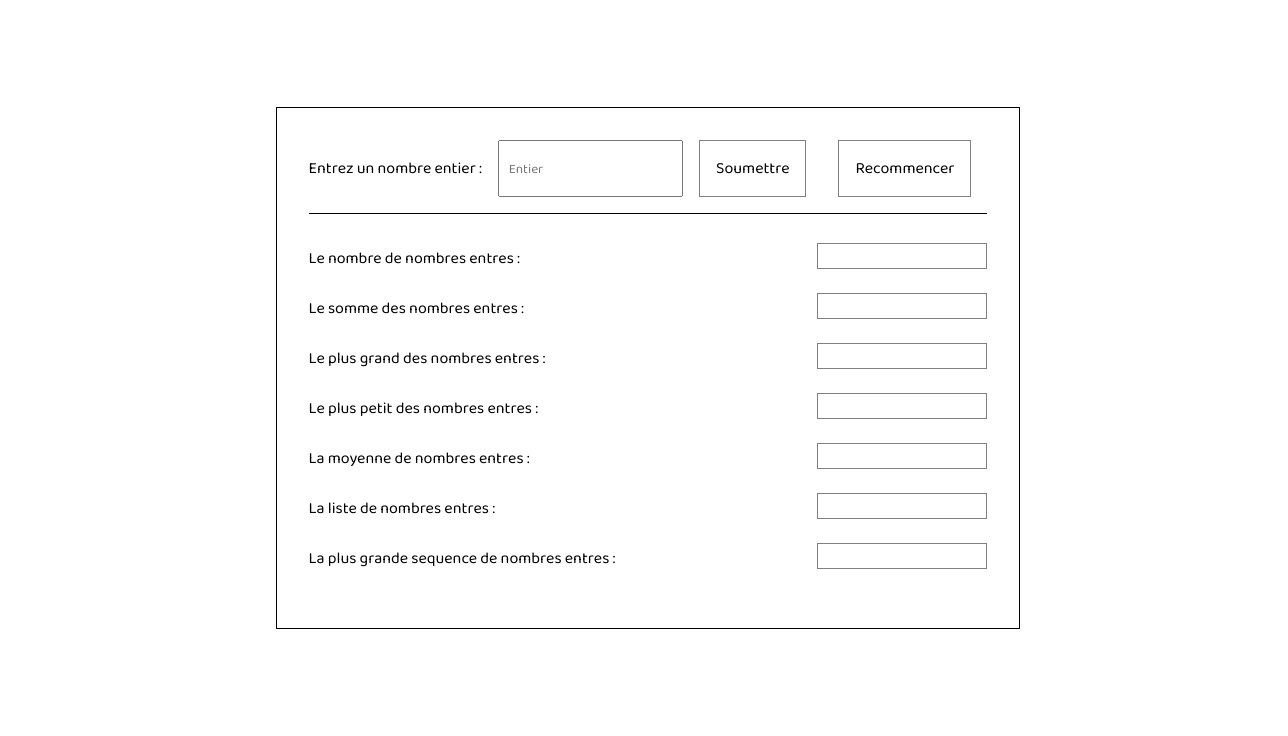
Repository: Thomas088/asbl-proforma
Page: exercices/js/ex-01/index.html
These files come from the project's save history. The page is drawn as it stood at one moment and after the next save; the edit follows.
The browser window is 1280 px wide. The page is 1288 px wide, so the pictures cover 1288 px, including what lies to the right of the window. The pictures show the whole page.

Above is the page before, as saved 2020-03-20 03:01:57.

### exercices/js/ex-01/index.html
<!DOCTYPE html>
<html lang="en">
<head>
    <meta charset="UTF-8">
    <meta name="viewport" content="width=device-width, initial-scale=1.0">
    <link rel="stylesheet" href="./style.css">
    <link href="https://fonts.googleapis.com/css?family=Baloo+2&display=swap" rel="stylesheet">
    <title>Numbers</title>
</head>
<body>

    <div class="tableau">
        <div class="entry-user">
            <p>Entrez un nombre entier :</p>
            <input type="text" name="entry" class="user-input" placeholder="Entier">
            <div class="submit-number">Soumettre</div>
            <div class="restart">Recommencer</div>
        </div>

        <div class="entries">
            <div class="total-entries">
                <span>Le nombre de nombres entres : </span>
                <div class="result total-entries-result"></div>
            </div>

            <div class="sum-entries">
                <span>Le somme des nombres entres : </span>
                <div class="result sum-entries-result"></div>
            </div>

            <div class="max-entries">
                <span>Le plus grand des nombres entres : </span>
                <div class="result max-entries-result"></div>
            </div>

            <div class="min-entries">
                <span>Le plus petit des nombres entres : </span>
                <div class="result min-entries-result"></div>
            </div>

            <div class="average-entries">
                <span>La moyenne de nombres entres : </span>
                <div class="result average-entries-result"></div>
            </div>

            <div class="list-of-entries">
                <span>La liste de nombres entres : </span>
                <div class="result list-of-entries-result"></div>
            </div>

            <div class="sequence-entries">
                <span>La plus grande sequence de nombres entres : </span>
                <div class="result sequence-entries-result"></div>
            </div>
        </div>
    </div>

    <script src="./index.js"></script>
</body>
</html>

### exercices/js/ex-01/style.css
body {
    width: 100vw;
    height: 100vh;
    display: flex;
    justify-content: center;
    align-items: center;
    font-family: 'Baloo 2', cursive;
}

.tableau {
    border: 1px solid #000;
    padding: 2em;
}

.entry-user {
    display: flex;
    padding-bottom: 1em;
    margin-bottom: 2em;;
    border-bottom: 1px solid #000;
}

.entry-user p {
    padding-right: 1em;
}

.user-entry {
    outline: none;
    appearance: none;
    -webkit-appearance: none;
    margin: 0;
}

.submit-number, .restart {
    display: flex;
    justify-content: center;
    align-items: center;
    border: 1px solid gray;
    margin: 0 1em;
    padding: 0 1em;
    cursor: pointer;
}

.result {
    width: 10em;
    height: 1.5em;
    display: flex;
    padding-left: 0.5rem;
    justify-content: center;
    align-items: center;
    position: relative;
    bottom: 0.7rem;
    border: 1px solid gray;
}

.entries div {
    display: flex;
    justify-content: space-between;
    margin: 0.5rem 0;
}

::placeholder {
    padding-left: 0.5em;
    font-family: 'Baloo 2', cursive;
}

### exercices/js/ex-01/index.js
window.addEventListener("DOMContentLoaded", function() {

    let entry;
    const submit = document.querySelector(".submit-number");
    const restart = document.querySelector(".restart");
    const result = document.querySelectorAll(".result");
    const totalEntriesResult = document.querySelector(".total-entries-result");
    const sumEntriesResult = document.querySelector(".sum-entries-result");
    const maxEntriesResult = document.querySelector(".max-entries-result");
    const minEntriesResult = document.querySelector(".min-entries-result");
    const averageEntriesResult = document.querySelector(".average-entries-result");
    const listOfEntriesResult = document.querySelector(".list-of-entries-result");
    const sequenceEntriesResult = document.querySelector(".sequence-entries-result");


    const tableauResult = [];

    submit.addEventListener("click", () => {

        // console.log(tableauResult); DEBUG

        entry = parseInt(document.querySelector(".user-input").value);
        tableauResult.push(entry);
        totalEntriesResult.innerHTML = tableauResult.length;
        sumEntriesResult.innerHTML = tableauResult.reduce((acc, entree) => acc + entree, 0);
        maxEntriesResult.innerHTML = Math.max.apply(null, tableauResult);
        minEntriesResult.innerHTML = Math.min.apply(null, tableauResult);
        averageEntriesResult.innerHTML = tableauResult.reduce((acc, entree) => acc + entree, 0) / tableauResult.length;
    })

    // restart.addEventListener("click", () => {

    //     tableauResult.length = 0;
    //     console.log(tableauResult);
    //     result.innerHTML = 0;
    //     entry = 0;
    // })

})

After the next save:
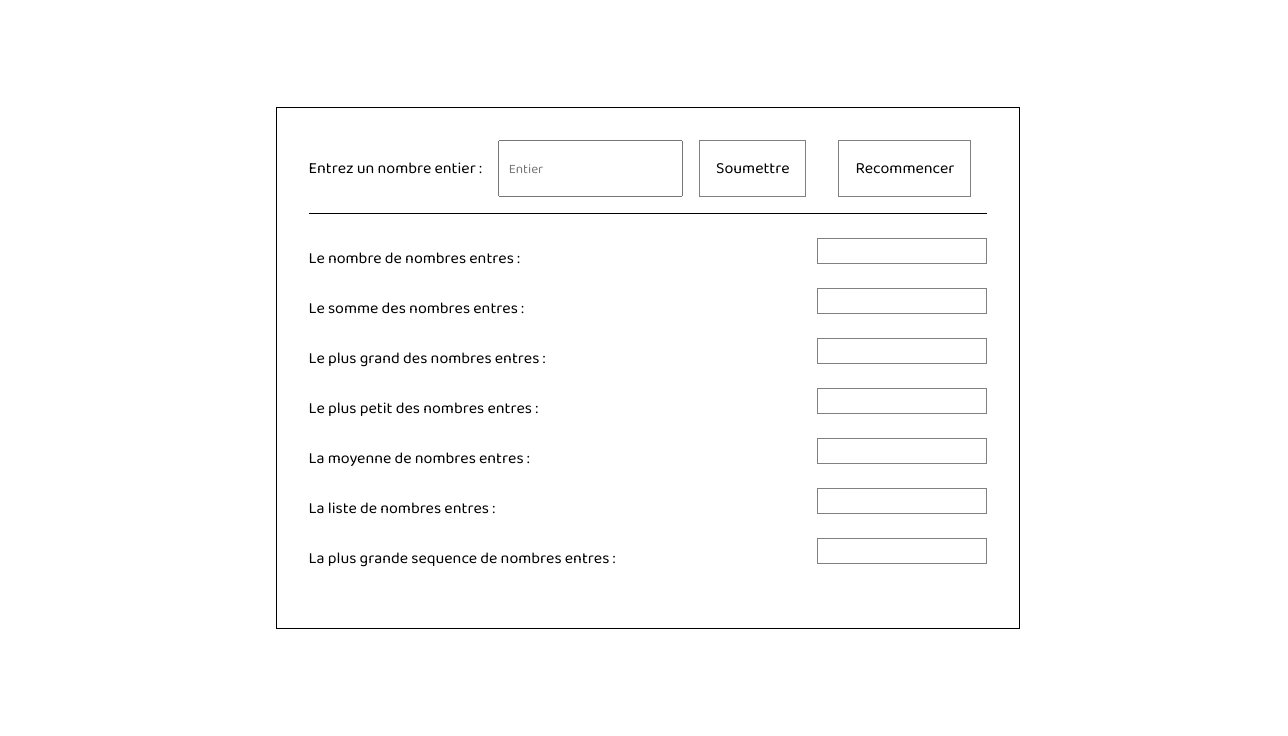
Saved 13 s later.
--- a/exercices/js/ex-01/style.css
+++ b/exercices/js/ex-01/style.css
@@ -48,7 +48,7 @@ body {
     justify-content: center;
     align-items: center;
     position: relative;
-    bottom: 0.7rem;
+    bottom: 1rem;
     border: 1px solid gray;
 }
 
